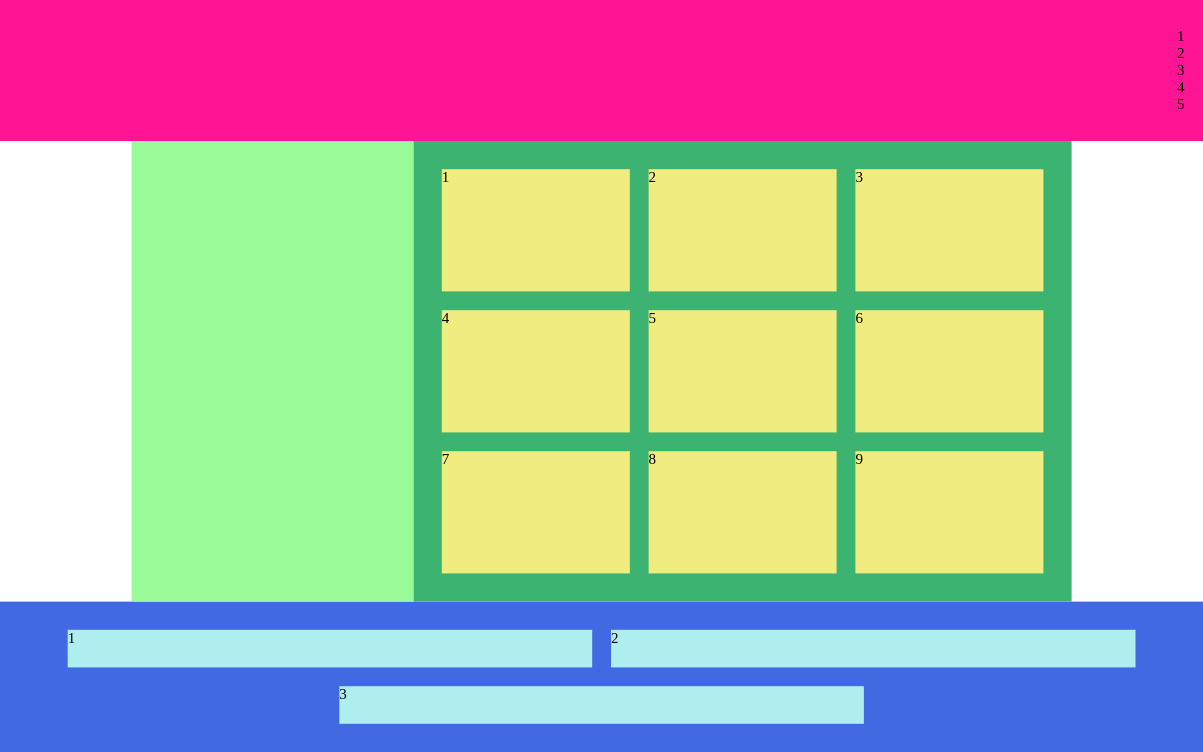
Repository: TsuKou/MainContents
Page: flex1/flex1.html
The author's editor kept a record of every edit. The page is drawn from the files as they stood at one moment, then again after the next edit.
The browser window is 1280 px wide. The pictures show the whole page, at 94% of full size.

Above is the page before.

### flex1/flex1.html
<!DOCTYPE>
<html lang="ja">

  <head>
    <meta charset="UTF-8" />
    <link rel="stylesheet" href="flex1.css" />
    <title>flex_ensyuu</title>
  </head>

  <body>

      <header>
        <div class="h-box-g">
          <div class="h-box">1</div>
          <div class="h-box">2</div>
          <div class="h-box">3</div>
          <div class="h-box">4</div>
          <div class="h-box">5</div>
        </div>
      </header>

      <main>
        <div class="main-L"></div>
        <div class="main-R">
          <div class="box">1</div>
          <div class="box">2</div>
          <div class="box">3</div>
          <div class="box">4</div>
          <div class="box">5</div>
          <div class="box">6</div>
          <div class="box">7</div>
          <div class="box">8</div>
          <div class="box">9</div>
        </div>
      </main>

      <footer>
        <div class="f-box-g">
          <div class="f-box">1</div>
          <div class="f-box">2</div>
          <div class="f-box">3</div>
        </div>
      </footer>

  </body>
</html>

### flex1/flex1.css
* {
  margin: 0;
  padding: 0;
  box-sizing: border-box;
}

header {
  background-color: #ff1493;
  padding: 30px 20px;
  display: flex;
  justify-content: flex-end;
}

.h-box > div {
  background-color: #ffc0cb;
  flex-basis: 140px;
  height: 70px;
  margin: 0 10px;
}


.h-box > :first-child {
  margin-right: auto;
}


main {
  display: flex;
  justify-content: center;
}

.main-L {
  width: 300px;
  background-color: #98fb98;
}

.main-R {
  max-width: 700px;
  padding: 20px;
  background-color: #3cb371;
  flex-grow: 1;
  display: flex;
  flex-wrap: wrap;
  justify-content: center;
}

.box {
  height: 130px;
  flex-basis: 200px;
  background-color: #f0ec80;
  margin: 10px;
}

footer {
  width: 100%;
  background-color: #4169e1;
}

.f-box-g {
  padding: 20px;
  display: flex;
  flex-wrap: wrap;
  justify-content: center;
}

.f-box-g > div {
  background-color: #afeeee;
  flex-basis: 45%;
}

.f-box {
  max-width: 600px;
  height: 40px;
  margin: 10px;
}

After the next edit:
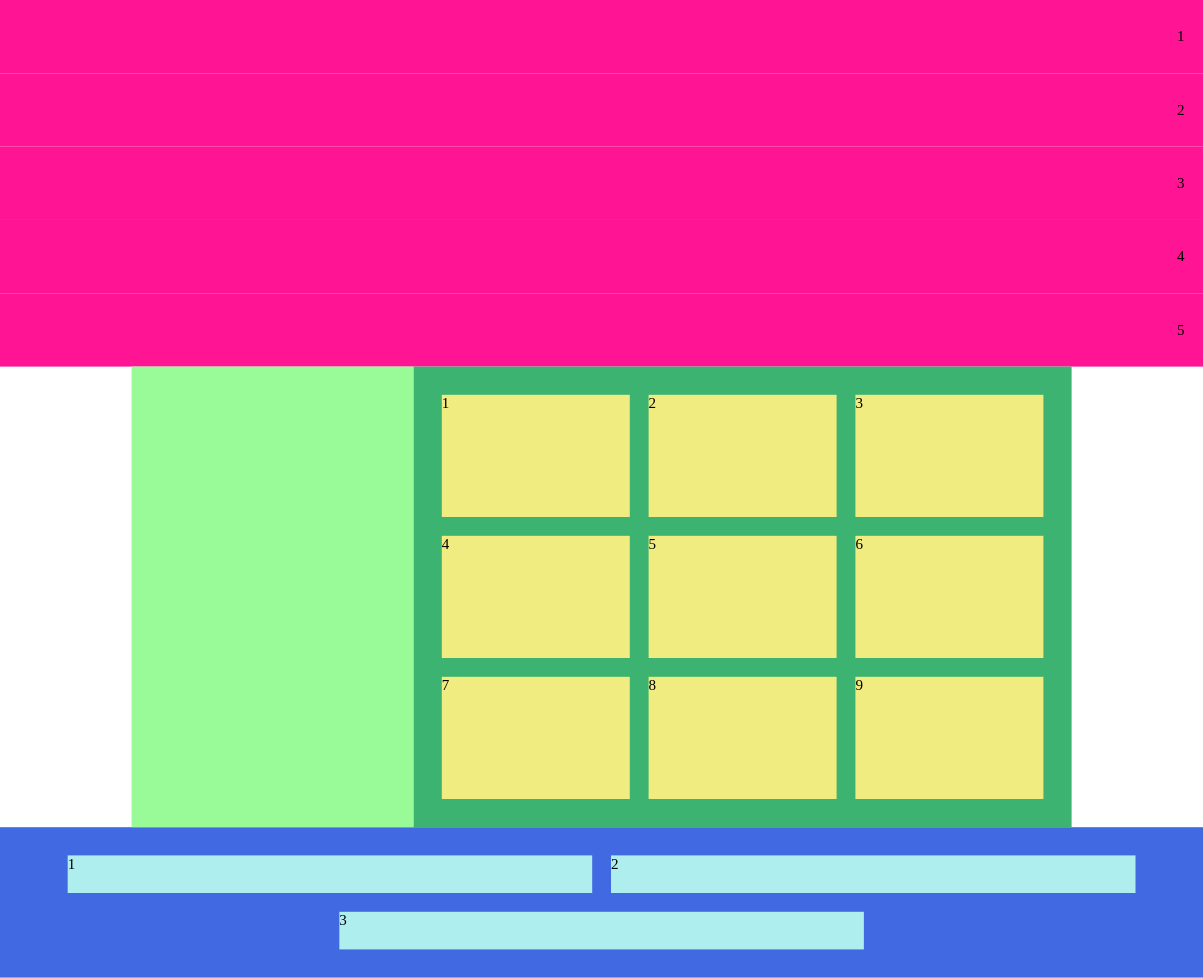
The edit:
--- a/flex1/flex1.css
+++ b/flex1/flex1.css
@@ -4,7 +4,7 @@
   box-sizing: border-box;
 }
 
-header {
+.h-box {
   background-color: #ff1493;
   padding: 30px 20px;
   display: flex;
